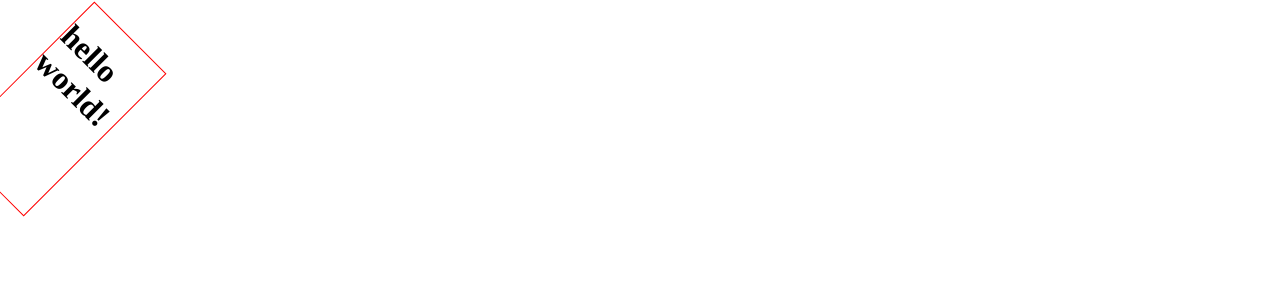
Repository: XiaoSheng-hub/vue_study
Page: css基础/Demo09.html
The author's editor kept a copy of each file at every save. The page is drawn from the files as they stood at one save, then again after a run of saves.
The browser window is 1280 px wide. The pictures show the whole page.

Above is the page before, as saved 2022-03-29 13:52:57.

After the next 2 saves:
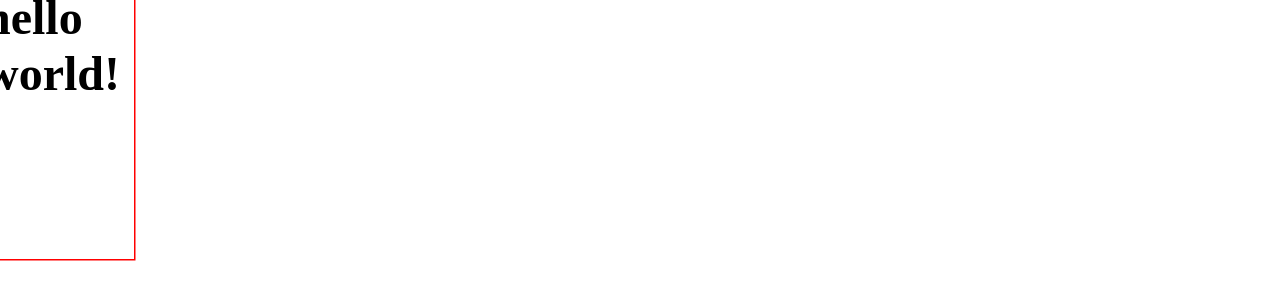
The 2 saves are shown as one change because they came seconds apart.
The last was saved 18 s later.
--- a/css基础/Demo09.html
+++ b/css基础/Demo09.html
@@ -13,9 +13,8 @@
             /* border-radius: 50px;
             box-shadow: 10px 50px 20px blue; */
             transform: rotate(45deg);
-            /* transform: scale(1.5); */
-            transform: rotate(45deg);
-
+            transform: scale(1.5);
+            tr
         }
     </style>
 </head>

After the 2 saves that followed:
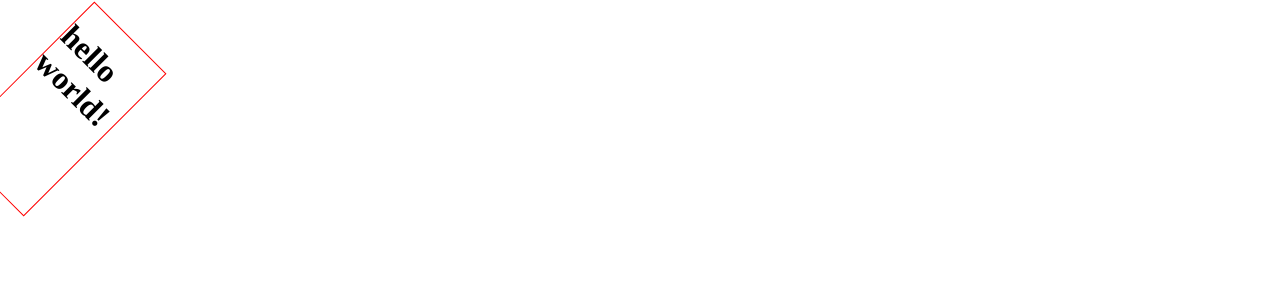
The 2 saves are shown as one change because 1 left the picture as it was.
The last was saved 23 s later.
--- a/css基础/Demo09.html
+++ b/css基础/Demo09.html
@@ -13,8 +13,8 @@
             /* border-radius: 50px;
             box-shadow: 10px 50px 20px blue; */
             transform: rotate(45deg);
-            transform: scale(1.5);
-            tr
+            /* transform: scale(1.5); */
+            transform: translate();
         }
     </style>
 </head>
